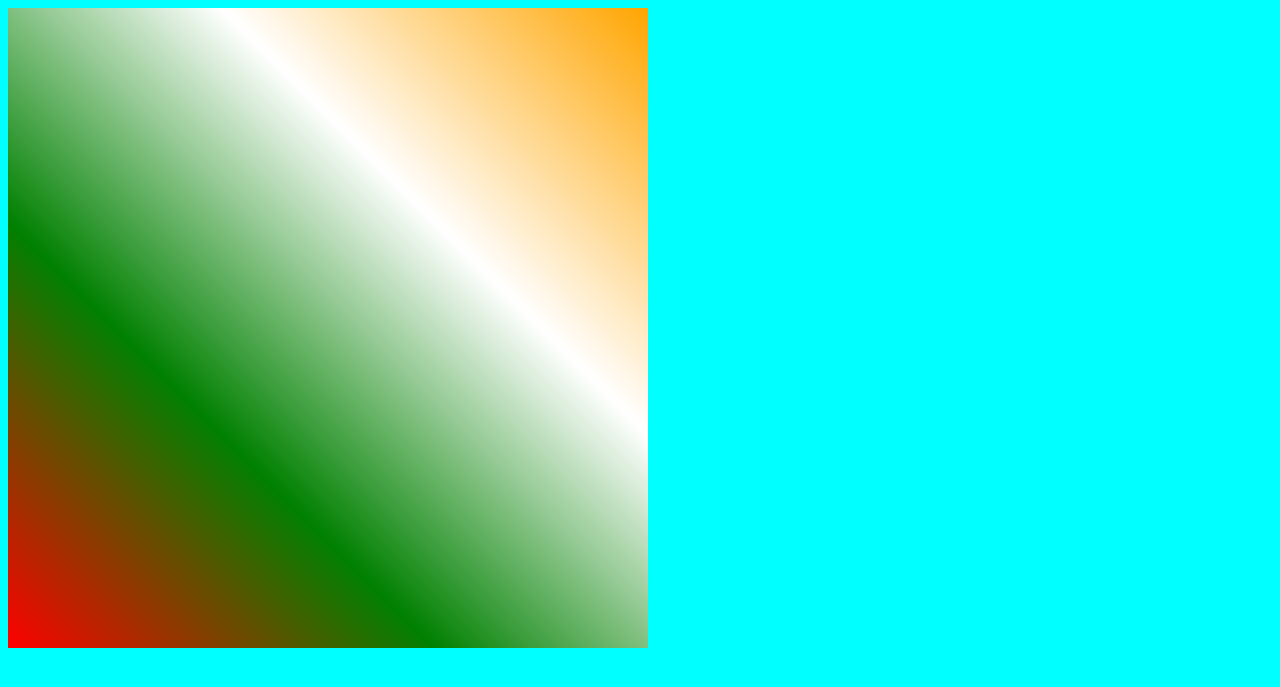
Repository: Amani-Kibet/express-app-web
Page: public/Card.html
The author's editor kept a copy of each file at every save. The page is drawn from the files as they stood at one save, then again after the next save.
The browser window is 1280 px wide. The pictures show the whole page.

Above is the page before, as saved 2025-09-25 21:03:19.

After the next save:
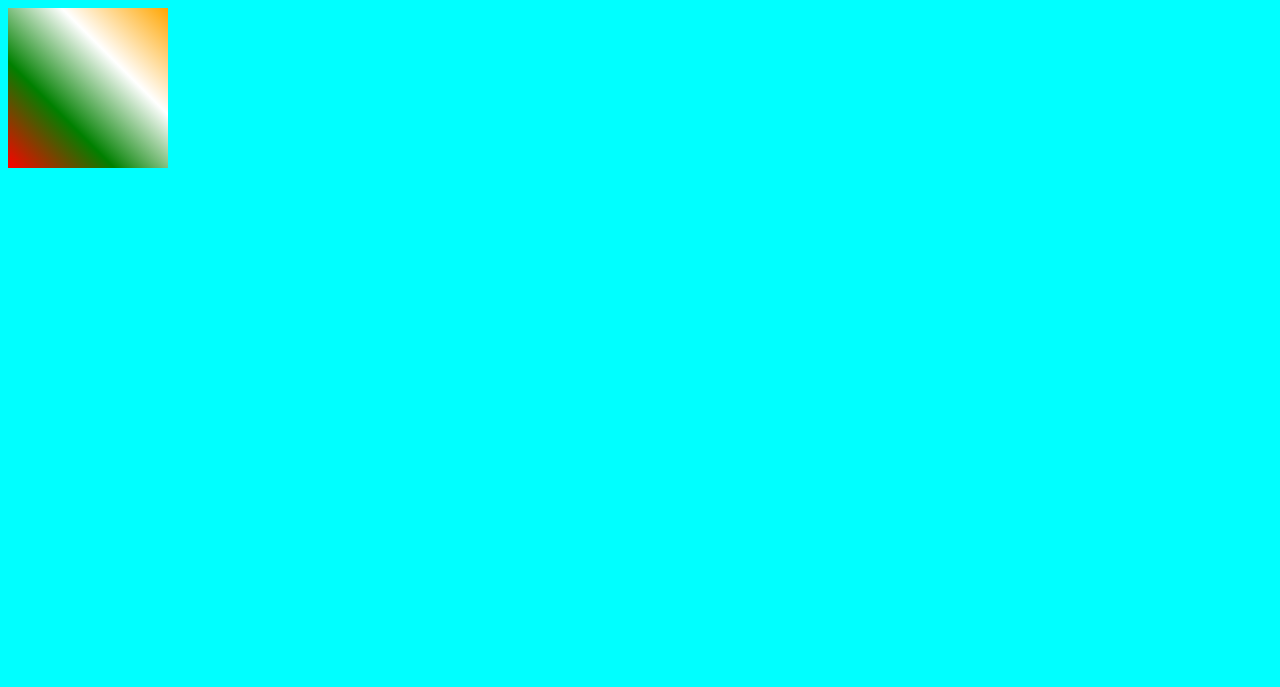
Saved 11 s later.
--- a/public/Card.html
+++ b/public/Card.html
@@ -4,8 +4,8 @@
   <style>
   #board{
     background: linear-gradient(45deg, red, green, white, orange);
-    width: 40rem;
-    height: 40rem;
+    width: 10rem;
+    height: 10rem;
 
   }
   </style>
